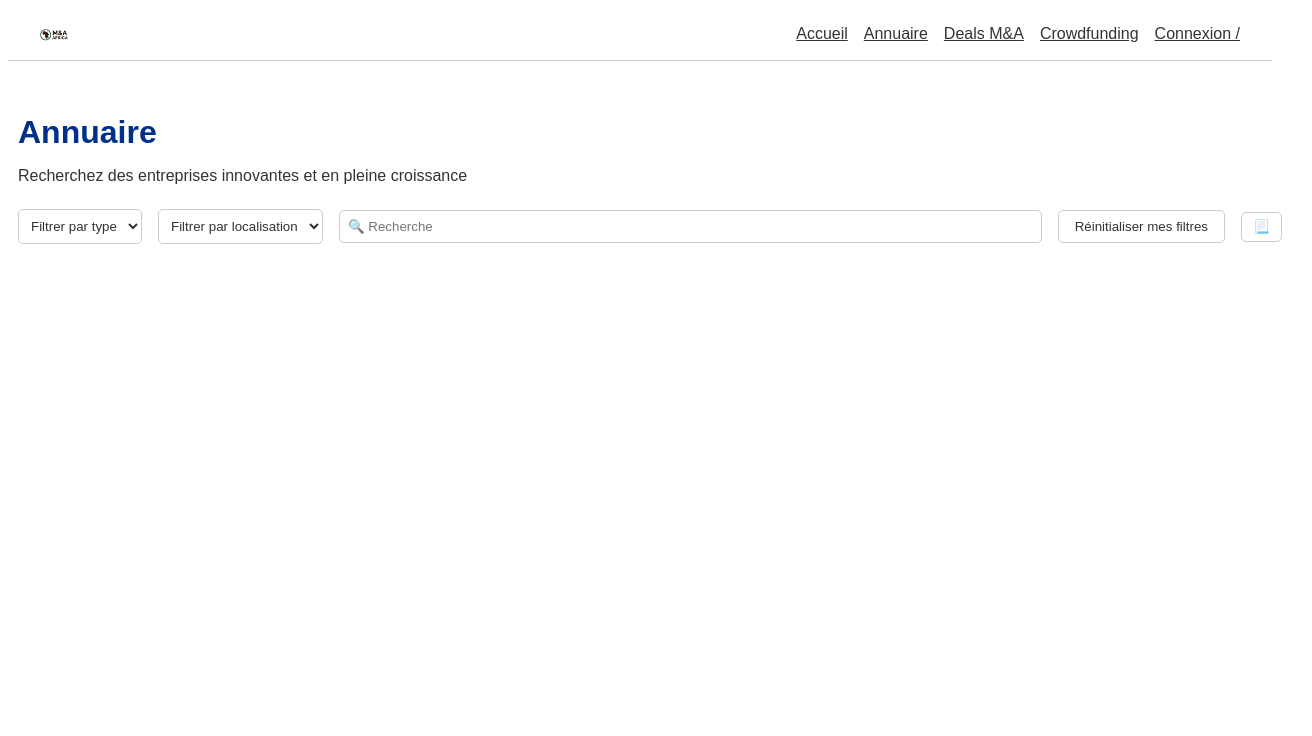
Repository: MFredy25/africa-fusion
Page: /annuaire
The author's editor kept a copy of each file at every save. The page is drawn from the files as they stood at one save, then again after the next save.
The browser window is 1280 px wide. The page is 1292 px wide, then 1312 px, so the pictures cover 1312 px, including what lies to the right of the window. The pictures show the whole page.
The page's requests for data from a server got no answer. The project was rebuilt for these pictures with package versions that can differ from the ones it lists, and the page was loaded fresh each time. The framework's server and built-in components were replaced by stand-ins that run in the browser. No one was signed in, and anything a server would have sent is missing. Also part of the build but not shown: next.config.js, next.config.ts.

Above is the page before, as saved 2025-06-15 12:01:08.

After the next save:
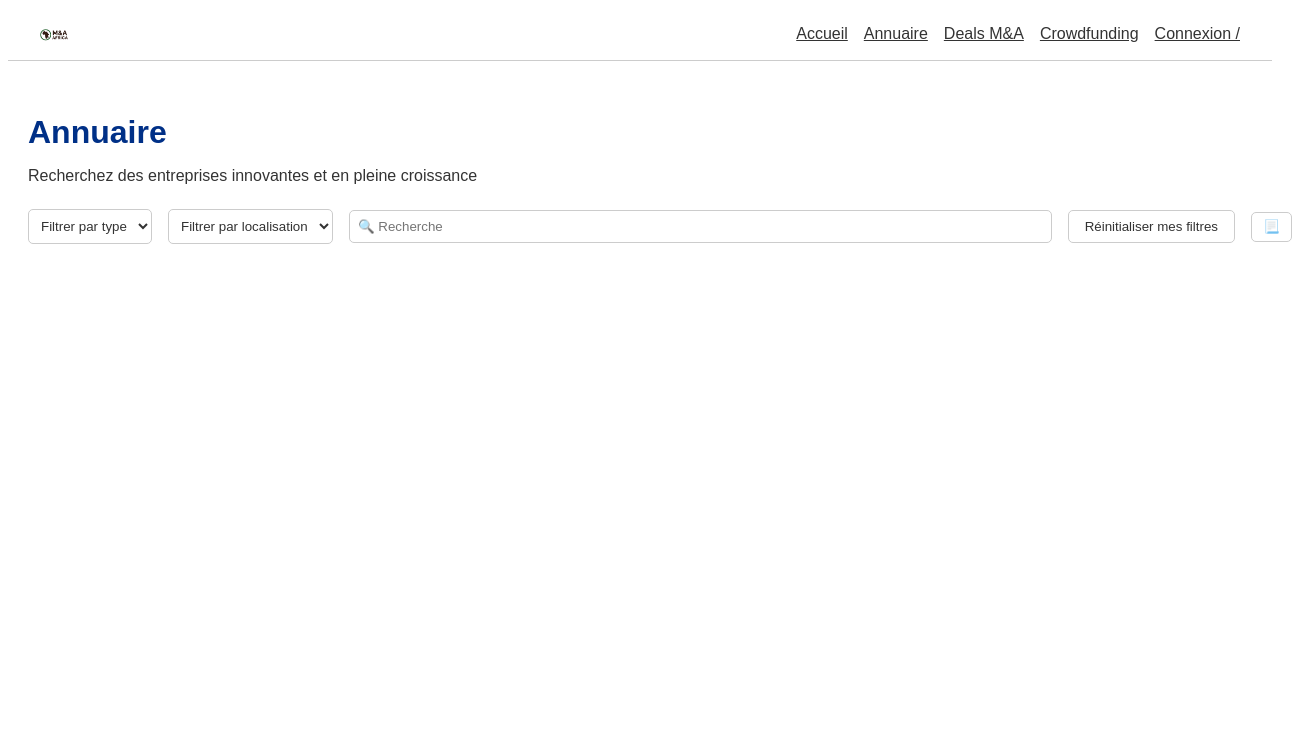
Saved 22 s later.
--- a/src/app/annuaire/page.tsx
+++ b/src/app/annuaire/page.tsx
@@ -173,7 +173,7 @@ export default function Annuaire() {
       <main
         style={{
           flex: '1 0 auto',
-          padding: '2rem 10px',  // ← 10 px à gauche et à droite
+          padding: '2rem 20px',  // ← 10 px à gauche et à droite
           width: '100%',
         }}
       >
